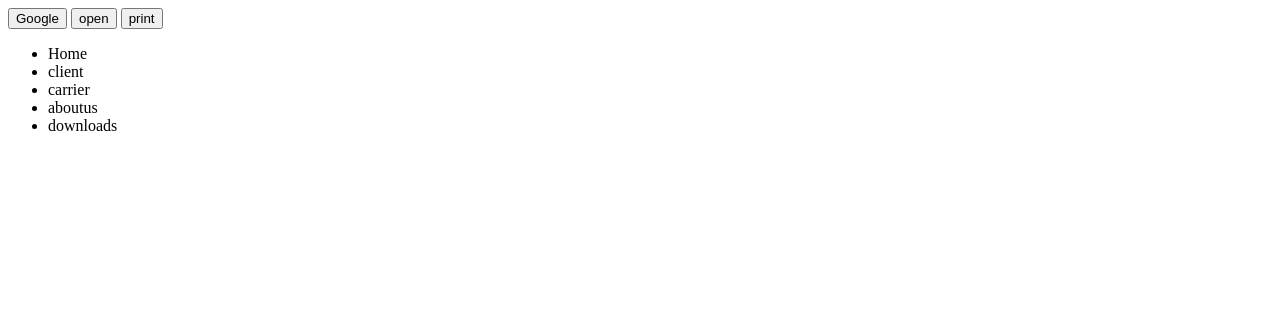
Repository: Balamurugan1914/crud_operation_without_db
Page: Java_Script_Example/src/main/webapp/usingobject.html
These files come from the project's save history. The page is drawn as it stood at one moment and after the next save; the edit follows.
The browser window is 1280 px wide. The pictures show the whole page.

Above is the page before, as saved 2022-06-28 10:03:41.
Console error (its wording comes from the project's code and is left out).

### Java_Script_Example/src/main/webapp/usingobject.html
<!DOCTYPE html>
<html>
<head>
<meta charset="UTF-8">
<title>Insert title here</title>
</head>
<body>

<button id="googlebtn">Google</button>
<button id="openbtn">open</button>
<button id="printbtn">print</button>
<script type="text/javascript" src="Script/js_object.js"></script>

</body>
</html>

### Java_Script_Example/src/main/webapp/Script/js_object.js
/**
 *
 */


//document object
//date object
//history object
//String object
//window object


function usingWindowObj(){

	window.location = "http://www.google.com"




}


function windowObjOpen(){

	window.open('index.html','indexpage')

}

function invoke(){


	var goToGoogleButton = document.getElementById("googlebtn");

	goToGoogleButton.addEventListener('click', usingWindowObj);

	var openwindowopen = document.getElementById("openbtn");

	openwindowopen.addEventListener('click' , windowObjOpen);

	var printButton = document.getElementById("printbtn");

	printButton.addEventListener('click' , function(){

		window.print();

	});

}


function usingArrays(){

	var linkText = ['Home','client','carrier','aboutus','downloads'];

	writeToFile(linkText);

	//Array using constructor

	var city = new Array['chennai','coimbatore','madurai']
	writeToFile(city);

	//Array using arg constructor

	var countries = new Array();

	countries[0] ='nepal';
	countries[1] ='Srilanka';
	countries[2] ='America';

	writeToFile(countries);

}

function writeToFile(items){

	document.write("<ul>");

	for(indpos in items){

		document.write("<li>"+items[indpos]+"</li>");

	}

	document.write("</ul>");

}




(function(){


	invoke();
	usingArrays();


})()

After the next save:
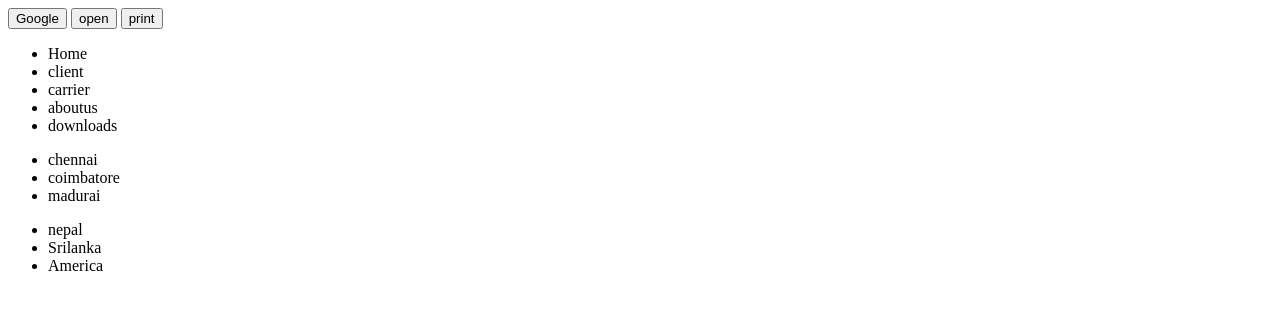
The error is gone.
Saved 2 min 37 s later.
--- a/Java_Script_Example/src/main/webapp/Script/js_object.js
+++ b/Java_Script_Example/src/main/webapp/Script/js_object.js
@@ -56,7 +56,7 @@ function usingArrays(){
 
 	//Array using constructor
 
-	var city = new Array['chennai','coimbatore','madurai']
+	var city = new Array('chennai','coimbatore','madurai');
 	writeToFile(city);
 
 	//Array using arg constructor
